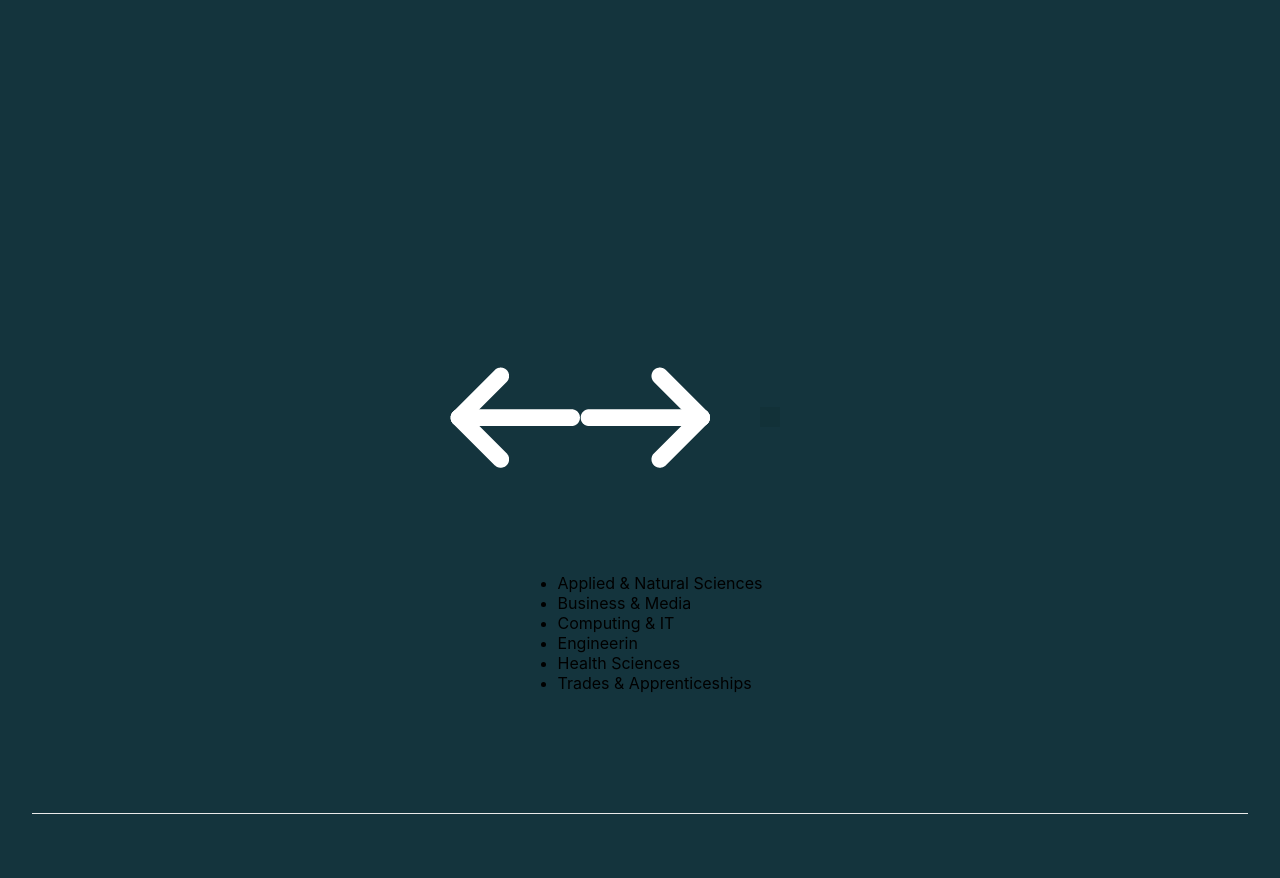
Repository: shaelorch/assignment-1-playwright-site-a01259464
Page: /about
These files come from the project's save history. The page is drawn as it stood at one moment and after a run of saves; the edit follows.
The browser window is 1280 px wide. The pictures show the whole page.
The project was rebuilt for these pictures with package versions that can differ from the ones it lists, and the page was loaded fresh each time. The framework's server and built-in components were replaced by stand-ins that run in the browser. Also part of the build but not shown: next.config.js.

Above is the page before, as saved 2023-01-27 13:40:37.

### pages/_app.js
import '../styles/globals.css'
import '../styles/variables.css'

function MyApp({ Component, pageProps }) {
  return <Component {...pageProps} />
}

export default MyApp

### pages/about.js
import Head from 'next/head'
import Image from 'next/image'
import styles from '../styles/Home.module.css'
import Menu from '../components/menu'


export default function About() {
  return (
    <div className={styles.container}>
      <Head>
        <title>About Us</title>
        <meta name="author" content="MDIA 2109" />
        <meta property='og:title' content="Assignment #1 - About Us Page" />
        <meta property='og:description' content="BCIT Digital Design and Development Diploma" />
        <link rel="icon" href="/favicon.png" />


      </Head>

      <main className={styles.main}>

        <div>
          <h1></h1>
        </div>

        <div>
          <h1></h1>
        </div>

        <div>
          <p></p>
        </div>
        <div>
          <p></p>
        </div>
        <div>
          <p></p>
        </div>
        <div>
          <p></p>
        </div>
        <div>
          <p></p>
        </div>
        <div>
          <p></p>
        </div>
        <div>
          <p></p>
        </div>

        <div><h2></h2></div>
        <div><h2></h2></div>

        <div><h3></h3></div>

        <div id={styles.carouselImage} >
          <img src='/icons/leftArrow.png'/>
          <img src='/icons/rightArrow.png'/>

          <div id={styles.testOnImageHere}>

          </div>

        </div>





       <ul>
         <li>Applied & Natural Sciences</li>
         <li>Business & Media</li>
         <li>Computing & IT</li>
         <li>Engineerin</li>
         <li>Health Sciences</li>
         <li>Trades & Apprenticeships</li>
       </ul>

        <a>
          <span>
            <img/>
          </span>
        </a>

        <a>
          <span>
            <img/>
          </span>
        </a>




      </main>

      <footer className={styles.footer}>

      </footer>
    </div>
  )
}

### styles/globals.css
::-webkit-scrollbar-track {
  background-color: var(--ternary-color);
}

::-webkit-scrollbar-thumb {
  background-color: var(--primary-color);
}

::-webkit-scrollbar-thumb:hover {
  background-color: var(--quaternary-color);
}

html,
body {
  padding: 0;
  margin: 0;
  font-family: -apple-system, BlinkMacSystemFont, Segoe UI, Roboto, Oxygen,
    Ubuntu, Cantarell, Fira Sans, Droid Sans, Helvetica Neue, sans-serif;
}

a {
  color: inherit;
  text-decoration: none;
}

* {
  box-sizing: border-box;
}

@media (prefers-color-scheme: dark) {
  html {
    color-scheme: dark;
  }
  body {
    color: white;
    background: ;
  }
}

@media only screen and (min-width: 1000px) {
  /* For Desktop */

}

@media only screen and (min-width:600px) {
  /* For Tablet */

}

@media only screen and (max-width: 600px) {
  /* For Mobile */

}

### styles/variables.css
:root {
    --primary-color: #fff;
    --secondary-color: #F4D6B9;
    --ternary-color: #7796A4;
    --quaternary-color: #14343D;
    --quinary-color: rgba(16, 46, 53, 0.5);
}

### styles/Home.module.css


.container {
  padding: 0 2rem;
  background-color: var(--quaternary-color);

}

.main {
  min-height: 100vh;
  padding: 4rem 0;
  flex: 1;
  display: flex;
  flex-direction: column;
  justify-content: center;
  align-items: center;
  background-color: var(--quaternary-color);

}

#carouselImage {
  height: 200px;
  background-repeat: no-repeat;
  background-size: cover;
  display:flex;
  justify-content: center;
  align-items: center;
  margin: 40px 0px;

}

#testOnImageHere {
  background-color: rgba(16, 46, 53, 0.5);
  padding: 10px;
  margin: 0px 50px;

}

.footer {
  display: flex;
  flex: 1;
  padding: 2rem 0;
  border-top: 1px solid #eaeaea;
  justify-content: center;
  align-items: center;
  background-color: var(--quaternary-color);
}

.footer a {
  display: flex;
  justify-content: center;
  align-items: center;
  flex-grow: 1;
}

.title a {
  color: #0070f3;
  text-decoration: none;
}

.title a:hover,
.title a:focus,
.title a:active {
  text-decoration: underline;
}

.title {
  margin: 0;
  line-height: 1.15;
  font-size: 4rem;
}

.title,
.description {
  text-align: center;
}

.description {
  margin: 4rem 0;
  line-height: 1.5;
  font-size: 1.5rem;
}

.code {
  background: #fafafa;
  border-radius: 5px;
  padding: 0.75rem;
  font-size: 1.1rem;
  font-family: Menlo, Monaco, Lucida Console, Liberation Mono, DejaVu Sans Mono,
    Bitstream Vera Sans Mono, Courier New, monospace;
}

.grid {
  display: flex;
  align-items: center;
  justify-content: center;
  flex-wrap: wrap;
  max-width: 800px;
}

.card {
  margin: 1rem;
  padding: 1.5rem;
  text-align: left;
  color: inherit;
  text-decoration: none;
  border: 1px solid #eaeaea;
  border-radius: 10px;
  transition: color 0.15s ease, border-color 0.15s ease;
  max-width: 300px;
}

.card:hover,
.card:focus,
.card:active {
  color: #0070f3;
  border-color: #0070f3;
}

.card h2 {
  margin: 0 0 1rem 0;
  font-size: 1.5rem;
}

.card p {
  margin: 0;
  font-size: 1.25rem;
  line-height: 1.5;
}

.logo {
  height: 1em;
  margin-left: 0.5rem;
}

@media (max-width: 600px) {
  .grid {
    width: 100%;
    flex-direction: column;
  }
}

@media (prefers-color-scheme: dark) {
  .card,
  .footer {
    border-color: #222;
  }
  .code {
    background: #111;
  }
  .logo img {
    filter: invert(1);
  }
}

### components/menu.js
import styles from '../styles/Home.module.css'
import Link from 'next/link'
import { useState } from 'react'



export default function Menu() {

    const [showMenu, setShowMenu] = useState(false);


    const handleClickMenu = () => {
        setShowMenu(current => !current);
    }


    return <><div style={{ display: 'flex', width: '100%', justifyContent:'space-between', position:'fixed' }}>
        <img src="/icons/menu-icon.png" onClick={handleClickMenu} style={{ display:'flex', height: 30, width: 30, top: 0, left: 0, margin: 20 }} />
        <img src="/icons/graduation-hat.png" style={{ height: 50, width: 50, margin:10 }} />
    </div>
    <div style={{ display: showMenu ? 'flex' : 'none', position:'fixed', top:50, left:20}}>
            <img src='/background-images/menuBackground.png' style={{height:250, width:250, position:'absolute', top:-50, left:-20}}/>

            <h1 onClick={handleClickMenu} style={{zIndex:2}}>X</h1>
            <ul style={{ display: 'flex', flexDirection: 'column', zIndex:1}}>
                <a href='/'>Home</a>
                <a href='/about'>About</a>
                <a href='/contact'>Contact</a>
            </ul>



        </div></>







}

After the next 2 saves:
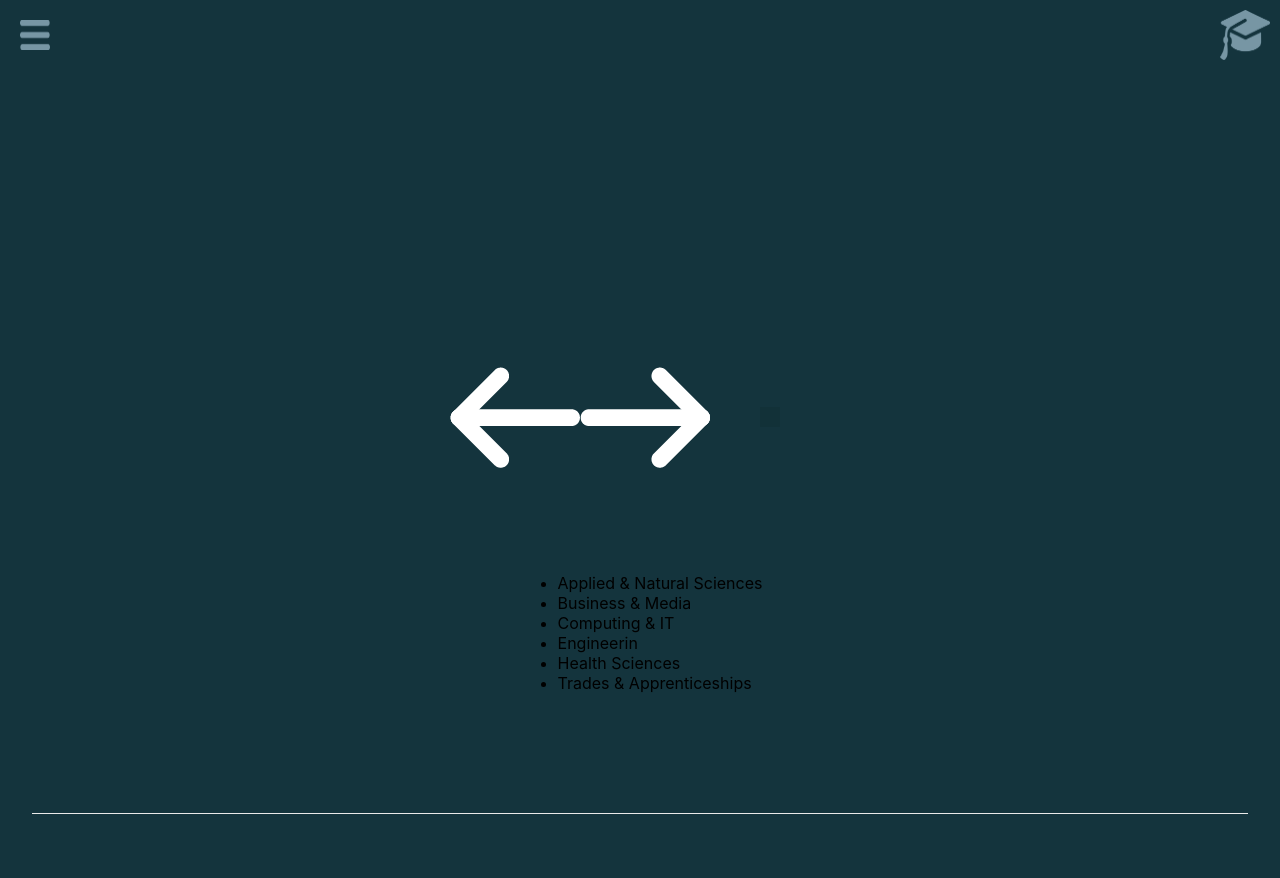
The 2 saves are shown as one change because they came seconds apart.
The last was saved 9 s later.
--- a/pages/about.js
+++ b/pages/about.js
@@ -6,7 +6,7 @@ import Menu from '../components/menu'
 
 export default function About() {
   return (
-    <div className={styles.container}>
+    <><Menu /><div className={styles.container}>
       <Head>
         <title>About Us</title>
         <meta name="author" content="MDIA 2109" />
@@ -54,9 +54,9 @@ export default function About() {
 
         <div><h3></h3></div>
 
-        <div id={styles.carouselImage} >
-          <img src='/icons/leftArrow.png'/>
-          <img src='/icons/rightArrow.png'/>
+        <div id={styles.carouselImage}>
+          <img src='/icons/leftArrow.png' />
+          <img src='/icons/rightArrow.png' />
 
           <div id={styles.testOnImageHere}>
 
@@ -68,24 +68,24 @@ export default function About() {
 
 
 
-       <ul>
-         <li>Applied & Natural Sciences</li>
-         <li>Business & Media</li>
-         <li>Computing & IT</li>
-         <li>Engineerin</li>
-         <li>Health Sciences</li>
-         <li>Trades & Apprenticeships</li>
-       </ul>
+        <ul>
+          <li>Applied & Natural Sciences</li>
+          <li>Business & Media</li>
+          <li>Computing & IT</li>
+          <li>Engineerin</li>
+          <li>Health Sciences</li>
+          <li>Trades & Apprenticeships</li>
+        </ul>
 
         <a>
           <span>
-            <img/>
+            <img />
           </span>
         </a>
 
         <a>
           <span>
-            <img/>
+            <img />
           </span>
         </a>
 
@@ -97,6 +97,6 @@ export default function About() {
       <footer className={styles.footer}>
 
       </footer>
-    </div>
+    </div></>
   )
 }
